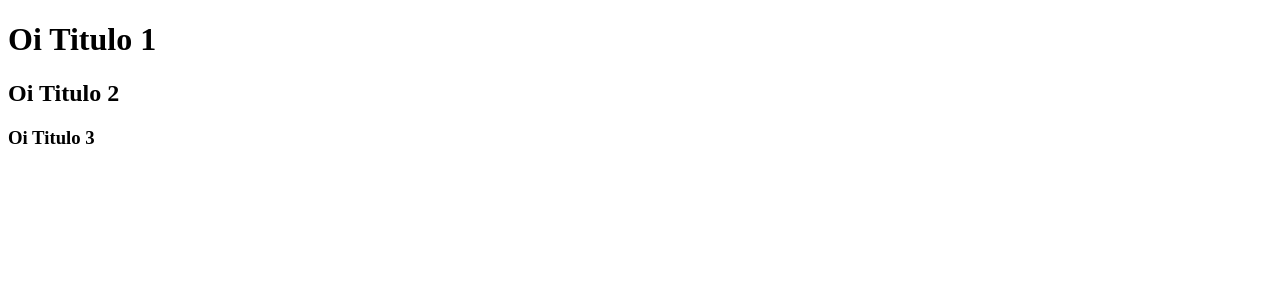
Repository: 27marques/avaliacao
Page: aulasweb/webpack-base/src/index.html
An editor plug-in stored every save of this project. The page is shown before and after the next save, followed by the edit.
The browser window is 1280 px wide. The pictures show the whole page.

Above is the page before, as saved 2022-08-13 00:23:24.

### aulasweb/webpack-base/src/index.html
<!DOCTYPE html>
<html lang="en">
<head>
    <meta charset="UTF-8">
    <meta http-equiv="X-UA-Compatible" content="IE=edge">
    <meta name="viewport" content="width=device-width, initial-scale=1.0">
    <title>Document</title>
</head>
<body>
    <app id = "app"></app>
    <h1>Oi Titulo 1</h1>
    <h2>Oi Titulo 2</h2>
    <h3>Oi Titulo 3</h3>

</body>
</html>

After the next save:
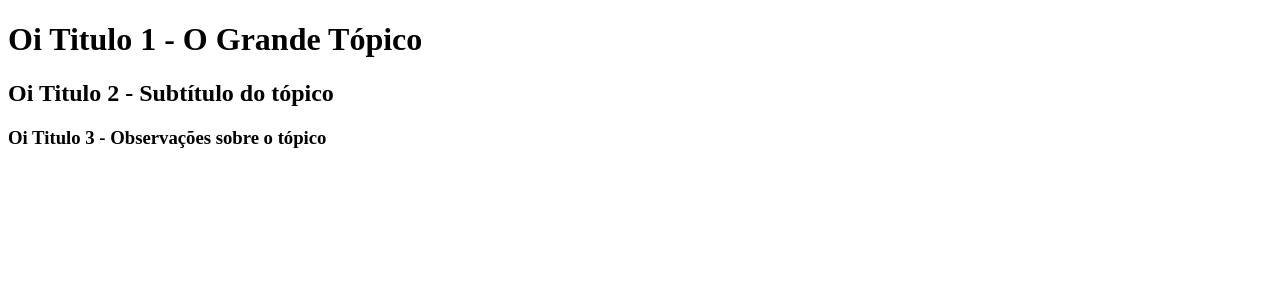
Saved 61 s later.
--- a/aulasweb/webpack-base/src/index.html
+++ b/aulasweb/webpack-base/src/index.html
@@ -8,9 +8,9 @@
 </head>
 <body>
     <app id = "app"></app>
-    <h1>Oi Titulo 1</h1>
-    <h2>Oi Titulo 2</h2>
-    <h3>Oi Titulo 3</h3>
+    <h1>Oi Titulo 1 - O Grande Tópico</h1>
+    <h2>Oi Titulo 2 - Subtítulo do tópico</h2>
+    <h3>Oi Titulo 3 - Observações sobre o tópico</h3>
 
 </body>
 </html>
